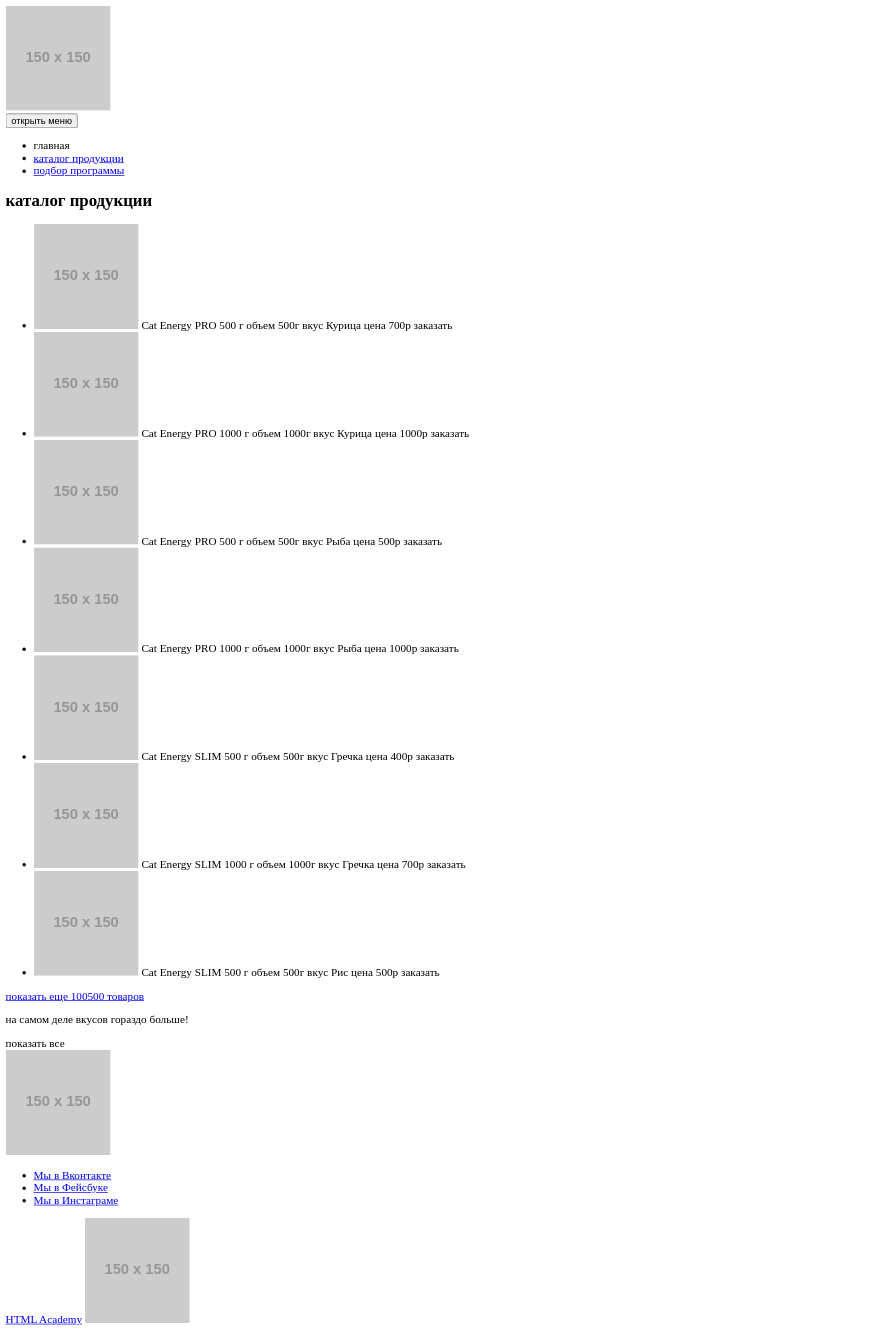
Repository: svetlana2885/1411135-cat-energy-20
Page: source/catalog.html
An editor plug-in stored every save of this project. The page is shown before and after the next save, followed by the edit.
The browser window is 1280 px wide. The pictures show the whole page, at 70% of full size.

Above is the page before, as saved 2020-07-22 19:44:09.

After the next save:
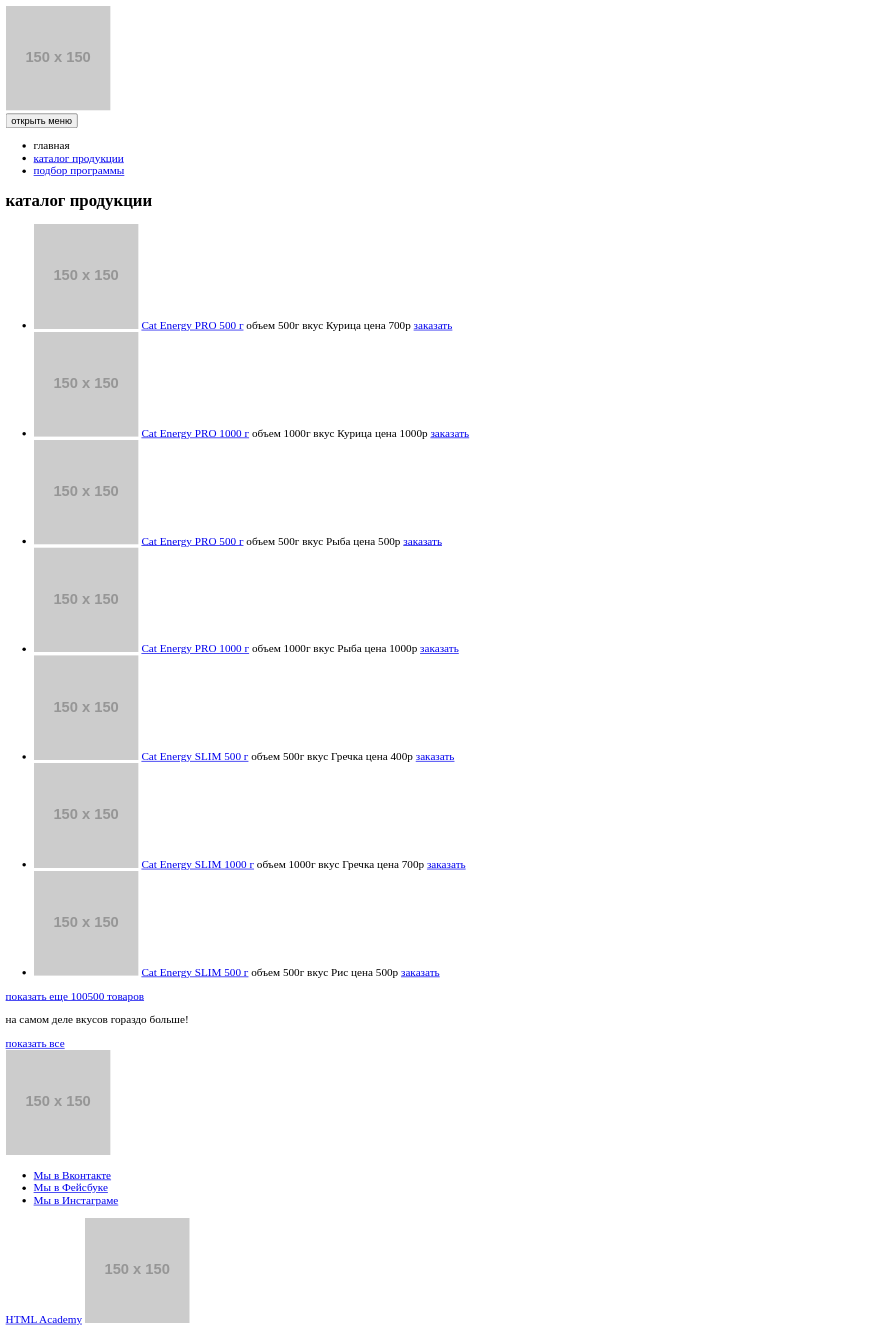
Saved 18 min 30 s later.
--- a/source/catalog.html
+++ b/source/catalog.html
@@ -27,66 +27,66 @@
     <ul class="catalog-product__list">
       <li class="catalog-product__item">
         <img class="catalog-product__img" src="src=https://via.placeholder.com/150x150" alt="корм" />
-        <a class="catalog-product__title">Cat Energy PRO 500 г</a>
+        <a class="catalog-product__title" href="#">Cat Energy PRO 500 г</a>
         <span class="catalog-product__description">объем 500г</span>
         <span class="catalog-product__description">вкус Курица</span>
         <span class="catalog-product__description">цена 700р</span>
-        <a class="green-button">заказать</a>
+        <a class="green-button" href="#">заказать</a>
       </li>
       <li class="catalog-product__item">
         <img class="catalog-product__img" src="src=https://via.placeholder.com/150x150" alt="корм" />
-        <a class="catalog-product__title">Cat Energy PRO 1000 г</a>
+        <a class="catalog-product__title" href="#">Cat Energy PRO 1000 г</a>
         <span class="catalog-product__description">объем 1000г</span>
         <span class="catalog-product__description">вкус Курица</span>
         <span class="catalog-product__description">цена 1000р</span>
-        <a class="green-button">заказать</a>
+        <a class="green-button" href="#">заказать</a>
       </li>
       <li class="catalog-product__item">
         <img class="catalog-product__img" src="src=https://via.placeholder.com/150x150" alt="корм" />
-        <a class="catalog-product__title">Cat Energy PRO 500 г</a>
+        <a class="catalog-product__title" href="#">Cat Energy PRO 500 г</a>
         <span class="catalog-product__description">объем 500г</span>
         <span class="catalog-product__description">вкус Рыба</span>
         <span class="catalog-product__description">цена 500р</span>
-        <a class="green-button">заказать</a>
+        <a class="green-button" href="#">заказать</a>
       </li>
       <li class="catalog-product__item">
         <img class="catalog-product__img" src="src=https://via.placeholder.com/150x150" alt="корм" />
-        <a class="catalog-product__title">Cat Energy PRO 1000 г</a>
+        <a class="catalog-product__title" href="#">Cat Energy PRO 1000 г</a>
         <span class="catalog-product__description">объем 1000г</span>
         <span class="catalog-product__description">вкус Рыба</span>
         <span class="catalog-product__description">цена 1000р</span>
-        <a class="green-button">заказать</a>
+        <a class="green-button" href="#">заказать</a>
       </li>
       <li class="catalog-product__item">
         <img class="catalog-product__img" src="src=https://via.placeholder.com/150x150" alt="корм" />
-        <a class="catalog-product__title">Cat Energy SLIM 500 г</a>
+        <a class="catalog-product__title" href="#">Cat Energy SLIM 500 г</a>
         <span class="catalog-product__description">объем 500г</span>
         <span class="catalog-product__description">вкус Гречка</span>
         <span class="catalog-product__description">цена 400р</span>
-        <a class="green-button">заказать</a>
+        <a class="green-button" href="#">заказать</a>
       </li>
       <li class="catalog-product__item">
         <img class="catalog-product__img" src="src=https://via.placeholder.com/150x150" alt="корм" />
-        <a class="catalog-product__title">Cat Energy SLIM 1000 г</a>
+        <a class="catalog-product__title" href="#">Cat Energy SLIM 1000 г</a>
         <span class="catalog-product__description">объем 1000г</span>
         <span class="catalog-product__description">вкус Гречка</span>
         <span class="catalog-product__description">цена 700р</span>
-        <a class="green-button">заказать</a>
+        <a class="green-button" href="#">заказать</a>
       </li>
       <li class="catalog-product__item">
         <img class="catalog-product__img" src="src=https://via.placeholder.com/150x150" alt="корм" />
-        <a class="catalog-product__title">Cat Energy SLIM 500 г</a>
+        <a class="catalog-product__title" href="#">Cat Energy SLIM 500 г</a>
         <span class="catalog-product__description">объем 500г</span>
         <span class="catalog-product__description">вкус Рис</span>
         <span class="catalog-product__description">цена 500р</span>
-        <a class="green-button">заказать</a>
+        <a class="green-button" href="#">заказать</a>
       </li>
     </ul>
   </section>
   <div class="box">
     <a class="box__text" href="#">показать еще 100500 товаров</a>
     <p class="box__slogan">на самом деле вкусов гораздо больше!</p>
-    <a class="box__grey-button">показать все</a>
+    <a class="box__grey-button" href="#">показать все</a>
   </div>
   <footer class="page-footer">
     <a class="page-footer__logo logo" href="#">
